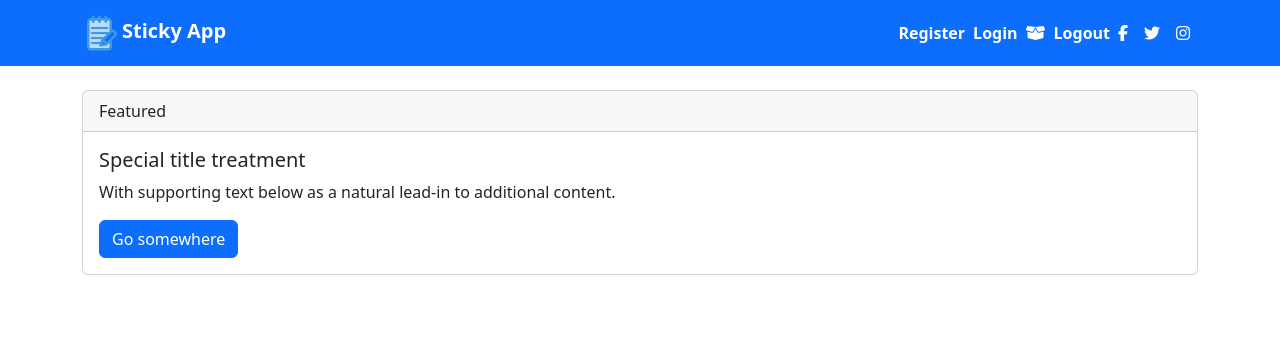
Repository: Mennaaymangalal/Sticky-App
Page: /note
The author's editor kept a copy of each file at every save. The page is drawn from the files as they stood at one save, then again after a run of saves.
The browser window is 1280 px wide. The pictures show the whole page.
The project was rebuilt for these pictures with package versions that can differ from the ones it lists, and the page was loaded fresh each time. Also part of the build but not shown: vite.config.js, src/Pages/Home/Home.jsx, src/Pages/Login/Login.jsx, src/Pages/NotFound/NotFound.jsx, src/Pages/SignUp/SignUp.jsx.

Above is the page before, as saved 2025-04-04 15:41:39.

After the next 3 saves:
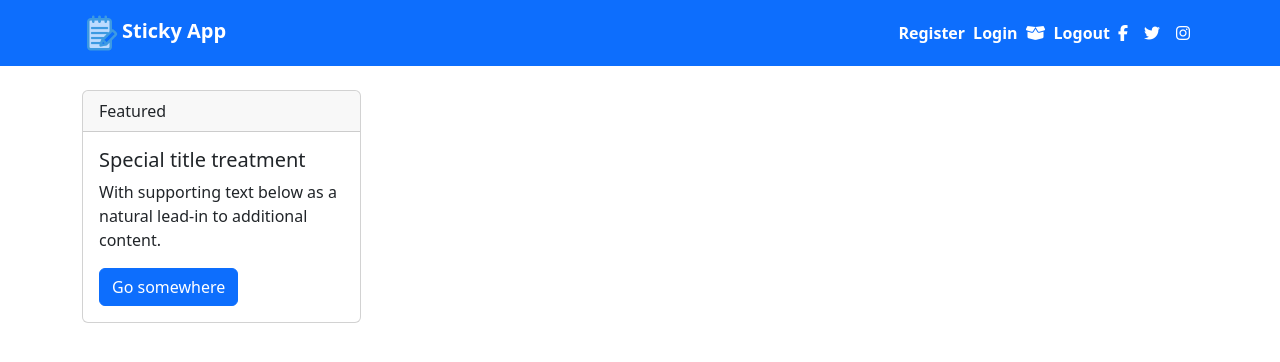
The 3 saves are shown as one change because they came seconds apart.
The last was saved 9 s later.
--- a/src/Pages/Note/Note.jsx
+++ b/src/Pages/Note/Note.jsx
@@ -6,7 +6,7 @@ import Card from 'react-bootstrap/Card';
 export default function Note() {
   return (
     <>
-     <div className="py-4">
+     <div className="col-3 py-4">
      <Card>
       <Card.Header>Featured</Card.Header>
       <Card.Body>
